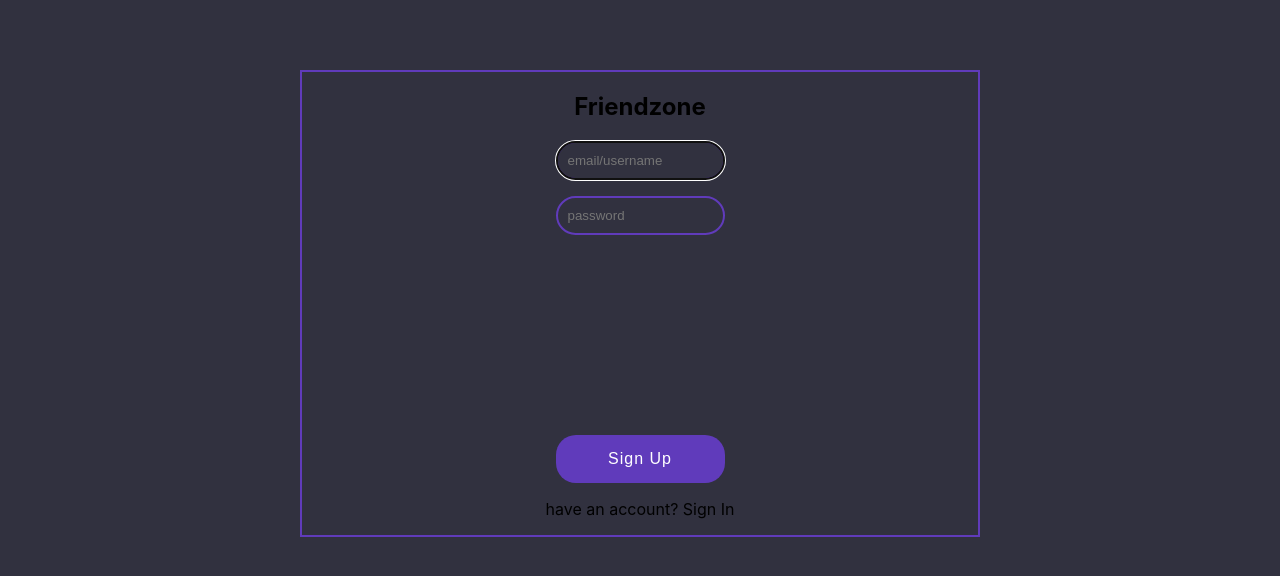
Repository: DerickT02/friend-zone
Page: /
The author's editor kept a copy of each file at every save. The page is drawn from the files as they stood at one save, then again after the next save.
The browser window is 1280 px wide. The pictures show the whole page.
The project was rebuilt for these pictures with package versions that can differ from the ones it lists, and the page was loaded fresh each time. Also part of the build but not shown: src/Appreducer.js, src/GlobalState.js, src/Post.js, src/Homepage.js, src/fire.js.

Above is the page before, as saved 2021-07-07 07:54:22.

### src/index.js
import React from 'react';
import ReactDOM from 'react-dom';
import './index.css';
import App from './App';


ReactDOM.render(

    <App />,
  document.getElementById('root')
);

// If you want to start measuring performance in your app, pass a function
// to log results (for example: reportWebVitals(console.log))
// or send to an analytics endpoint. Learn more: https://bit.ly/CRA-vitals

### src/index.css
body {
  margin: 0;
  font-family: -apple-system, BlinkMacSystemFont, 'Segoe UI', 'Roboto', 'Oxygen',
    'Ubuntu', 'Cantarell', 'Fira Sans', 'Droid Sans', 'Helvetica Neue',
    sans-serif;
  -webkit-font-smoothing: antialiased;
  -moz-osx-font-smoothing: grayscale;
  background-color: rgb(49, 49, 63);

}

code {
  font-family: source-code-pro, Menlo, Monaco, Consolas, 'Courier New',
    monospace;
}

### src/App.js
import React, { Component, useState, useEffect } from 'react'
import { BrowserRouter, Switch, Link, Route, Redirect, Router} from 'react-router-dom'
import Login from './Login'
import Homepage from './Homepage'
import './App.css'

import fire from './fire'
import GlobalProvider from './GlobalState'

function App() {
  const [user, setUser] = useState('')
  const [email, setEmail] = useState('')
  const [password, setPassword] = useState('')
  const [emailError, setEmailError] = useState('')
  const [passwordError, setPasswordError] = useState('')
  const [hasAccount, setHasAccount] = useState(false)

const clearInputs = () => {
  setEmail('')
  setPassword('')
}

const clearErrors = () => {
  setEmailError('');
  setPasswordError('')
}

const handleLogin = () => {
  clearErrors()
  fire
  .auth()
  .signInWithEmailAndPassword(email, password)
  .catch(err => {
      switch(err.code){
          case 'auth/invalid-email':
          case 'auth/user-disabled':
          case 'auth/user-not-found':
              setEmailError(err.message)
              break;
          case 'auth/wrong-password':
              setPasswordError(err.message)
              break
      }
  })
}

const handleSignup = () => {
  clearErrors()
  fire
  .auth()
  .createUserWithEmailAndPassword(email, password)
  .catch(err => {
      switch(err.code){
          case 'auth/email-already-in-use':
          case 'auth/invalid-email':
          setEmailError(err.message);
          break;

          case 'auth/weak-password':
          setPasswordError(err.message)
      }
  })
}

const handleLogout = () => {
  fire
  .auth()
  .signOut()
}

const authListener = () => {
  fire.auth().onAuthStateChanged((user) => {
    if(user){
      clearInputs()
      setUser(user)
    }
    else {
        setUser('')
    }
  })
}

useEffect(() => {
  authListener()
}, [])

  return (
    <div className="App">
    {user ? (
      <BrowserRouter>
      <GlobalProvider>
      <Switch>
        <Route exact path = '/'><Redirect to = "/homepage"/></Route>
        <Route exact path = '/homepage'><Homepage handleLogout = {handleLogout}/></Route>
      </Switch>
      </GlobalProvider>
     </BrowserRouter>
    ) : (

      <BrowserRouter>
      <Switch>
      <Route exact path = '/homepage'><Redirect to = "/" /></Route>
        <Route><Login email = {email}
            setEmail = {setEmail}
            password = {password}
            setPassword={setPassword}
            handleLogin={handleLogin}
            handleSignup={handleSignup}
            hasAccount={hasAccount}
            setHasAccount={setHasAccount}
            emailError={emailError}
            passwordError={passwordError} /></Route>
      </Switch>
      </BrowserRouter>
    )}

    </div>
  );
}

export default App;

### src/Login.js
import React, { Component, useState, useEffect } from 'react'
import './Login.css'
import {Link} from 'react-router-dom'

const Login = (props) => {
    const {email, setEmail, password, setPassword, handleLogin, handleSignup, hasAccount, setHasAccount, emailError, passwordError} = props
    return (
        <section className = "login">
        <div className="loginContainer" >

<h1>Friendzone</h1>


<input placeholder = 'email/username' type ="text" autoFocus required value = {email} onChange={(e) => setEmail(e.target.value)}/>
<p className ="errorMsg">{emailError}</p>

<input placeholder = 'password' type ="password" required value = {password} onChange={(e) => setPassword(e.target.value)} />
<p className = "errorMsg">{passwordError}</p>
<div className="btnContainer">

    {hasAccount ? (
        <div>
       <button type = "submit" onClick = {handleLogin}>Sign in</button>
        <p>Don't have an account? <span onClick ={() => setHasAccount(!hasAccount)}>Sign Up</span></p>
        </div>
    ):(
        <div>
        <button type = "submit" onClick={handleSignup}>Sign Up</button>
        <p>have an account? <span onClick = {() => setHasAccount(!hasAccount)}>Sign In</span></p>
        </div>
    )}

</div>
</div>
</section>





    )
}


export default Login

### src/Login.css
* {
  box-sizing: border-box;
}


.login .loginContainer {
  margin-top: 70px;
  margin-left: 300px;
  margin-right: 300px;
  border: 2px solid #603bbb;
}

.login .loginContainer input {
  border: 2px solid #603bbb;
  width: 25%;
  padding: 10px;
  background-color: rgb(49, 49, 63);
  border-radius: 20px;
  color: white;
}




.btnContainer {
  margin-top: 200px;
}


.btnContainer button {
  border: none;
  border-radius: 20px;
  outline: none;
  width: 25%;
  padding: 15px 0;
  color: #fff;
  font-size: 16px;
  letter-spacing: 1px;
  background: #603bbb;
  cursor: pointer;
}

Loaded but not shown: public/index.html (common file); src/App.css (common file)

After the next save:
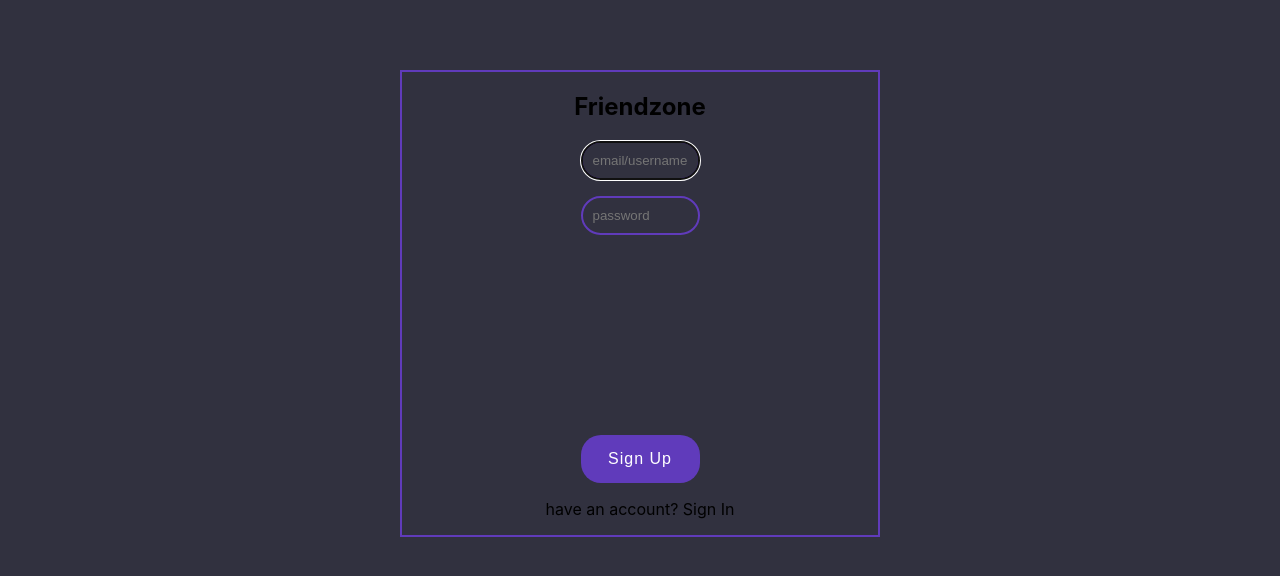
Saved 10 s later.
--- a/src/Login.css
+++ b/src/Login.css
@@ -5,8 +5,8 @@
 
 .login .loginContainer {
   margin-top: 70px;
-  margin-left: 300px;
-  margin-right: 300px;
+  margin-left: 400px;
+  margin-right: 400px;
   border: 2px solid #603bbb;
 }
 

After the save that followed:
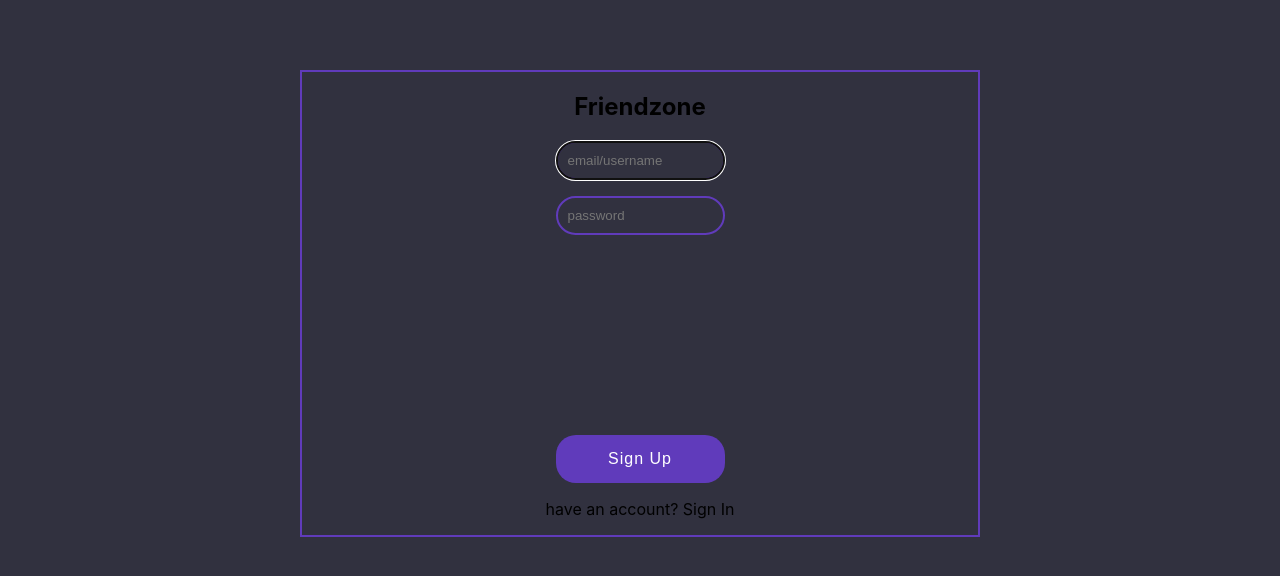
Saved 8 s later.
--- a/src/Login.css
+++ b/src/Login.css
@@ -5,8 +5,8 @@
 
 .login .loginContainer {
   margin-top: 70px;
-  margin-left: 400px;
-  margin-right: 400px;
+  margin-left: 300px;
+  margin-right: 300px;
   border: 2px solid #603bbb;
 }
 
